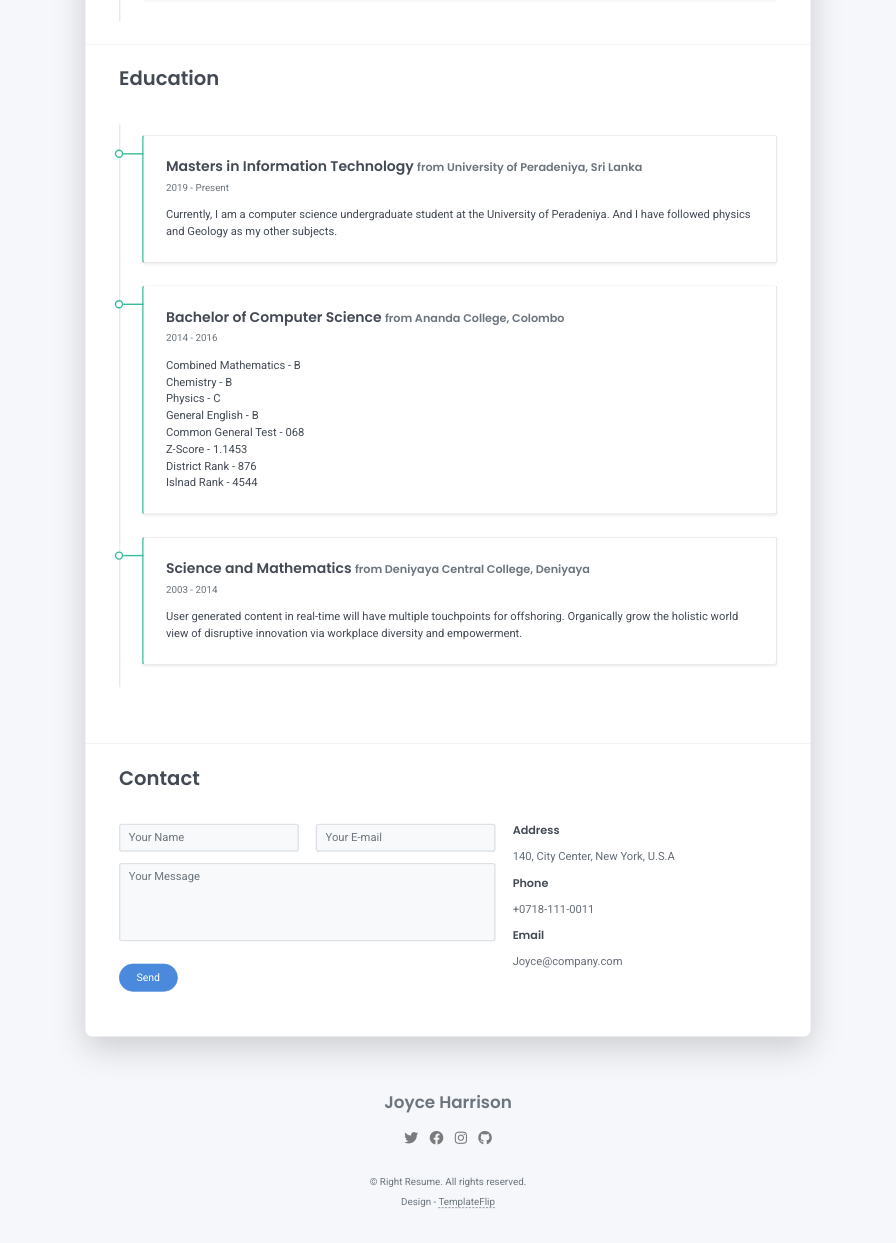
Repository: virangaj/resume
Page: index.html
The author's editor kept a copy of each file at every save. The page is drawn from the files as they stood at one save, then again after the next save.
The browser window is 1280 px wide. The pictures show the part of the page from y = 1924 to 3844 px (the page is 3700 px tall before and 3844 px after), at 70% of full size.

Above is the page before, as saved 2021-08-31 19:46:37.

After the next save:
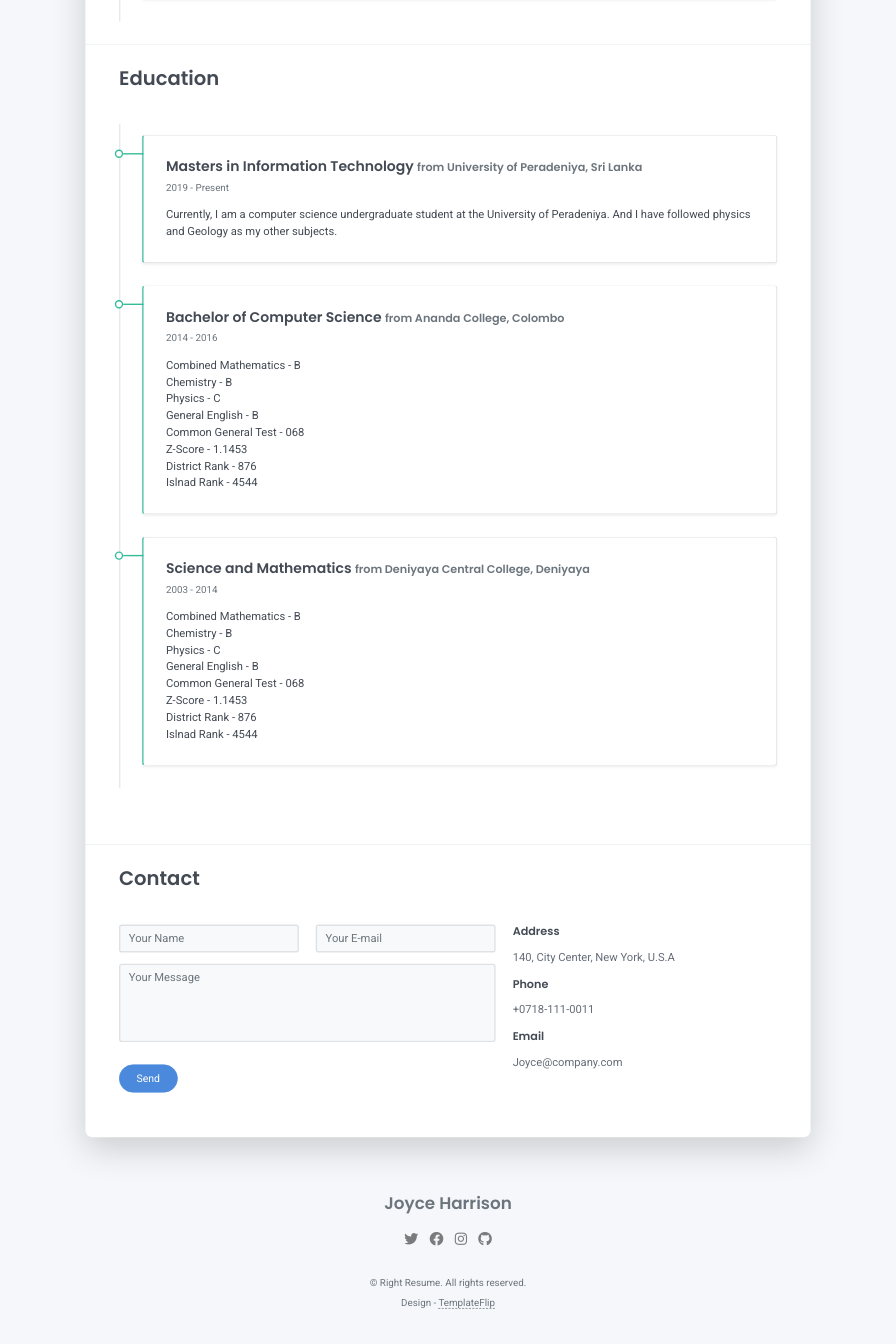
Saved 17 s later.
--- a/index.html
+++ b/index.html
@@ -473,12 +473,14 @@
 										>
 									</div>
 									<div class="text-muted text-small mb-2">2003 - 2014</div>
-									<div>
-										User generated content in real-time will have multiple
-										touchpoints for offshoring. Organically grow the holistic
-										world view of disruptive innovation via workplace diversity
-										and empowerment.
-									</div>
+									<div>Combined Mathematics - B</div>
+									<div>Chemistry - B</div>
+									<div>Physics - C</div>
+									<div>General English - B</div>
+									<div>Common General Test - 068</div>
+									<div>Z-Score - 1.1453</div>
+									<div>District Rank - 876</div>
+									<div>Islnad Rank - 4544</div>
 								</div>
 							</div>
 						</div>
